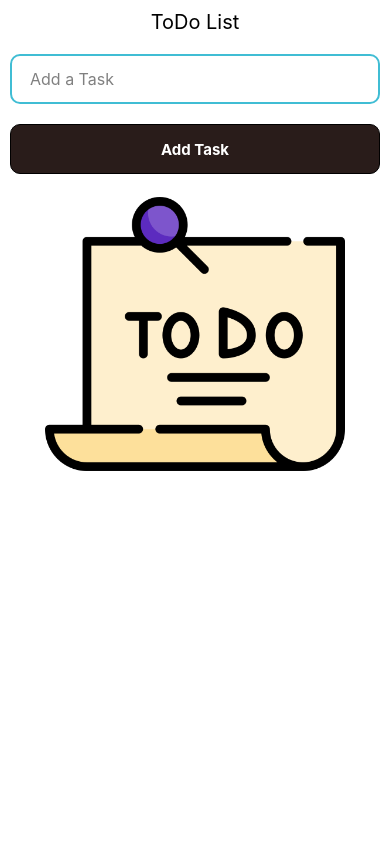
Repository: raisingh22/Projects
Screen: /
These files come from the project's save history. The screen is drawn as it stood at one moment and after the next save; the edit follows.
The app was drawn by React Native's web renderer in a window 390 px wide. The project was rebuilt for these pictures with package versions that can differ from the ones it lists, and the page was loaded fresh each time.

Above is the screen before, as saved 2024-01-22 14:04:39.

### App.js
import { View, Text, SafeAreaView } from 'react-native'
import React from 'react'
import ToDo from './src/ToDoList/screens/ToDo'

const App = () => {
  return (
   <SafeAreaView style={{
    flex:1
   }}>
     <ToDo/>
   </SafeAreaView>
  )
}

export default App

### src/ToDoList/screens/ToDo.js
import {StyleSheet, Text, TextInput, View} from 'react-native';
import React, {useState} from 'react';
import MyBtn from '../../components/MyBtn';
import MyFlatList from '../../components/MyFlatList';
import Icon from 'react-native-vector-icons/Ionicons';
import Icons from 'react-native-vector-icons/MaterialIcons';
import Fallback from '../../components/Fallback';

// import {IconButton} from 'react-native-paper';
const DummyData = [
  {
    id: '1',
    name: 'Wash Car',
  },
  {
    id: '2',
    name: 'Dusting',
  },
];
const ToDo = () => {
  const [toDo, setToDo] = useState('');
  const [data, setData] = useState([]);
  const [editTodo , setEditTodo] = useState(null);

  const handleAdd = () => {
    if(toDo === ''){
        return
    }
    setData([
      ...data,
      {
        id: Date.now(),
        title: toDo,
      },
    ]);
  };
  const handleEdit = toDo =>{

    setEditTodo(toDo)
    setToDo(toDo.title)

  }
  const handleUpdate = ()=>{
    const updateTodo = data.map((item)=>{
        if(item.id === editTodo.id) {
            return {...item, title: toDo}
        }
        return item

    })
    setData(updateTodo)
    setEditTodo(null)
    setToDo('')

  }
  const handleDeleteTodo = id => {
    const updateTodo = data.filter(toDo => toDo.id !== id);
    setData(updateTodo);
    console.log(data.length);
  };
  return (
    <View
      style={{
        margin: 10,
      }}>
      <Text style={{
        textAlign:'center',
        fontSize:20
      }}>ToDo List</Text>
      <View style={{
        flexDirection:'row'
      }}>
      <TextInput
        placeholder="Add a Task"
        placeholderTextColor={'grey'}
        style={styles.textInput}
        value={toDo}
        onChangeText={text => setToDo(text)}
      />
      </View>
       {
        editTodo ?
        <MyBtn
        text={'Edit Task'}
        onPress={() => handleUpdate()}
        btnStyle={{backgroundColor: '#291c1a'}}
        textStyle={{
          fontSize: 15,
          fontWeight: 'bold',
        }}
      /> :
      <MyBtn
        text={'Add Task'}
        onPress={() => handleAdd()}
        btnStyle={{backgroundColor: '#291c1a'}}
        textStyle={{
          fontSize: 15,
          fontWeight: 'bold',
        }}
      />
      }
      <MyFlatList
        data={data}
        renderItem={(item, index) => (
          <View
            style={{
              flexDirection: 'row',
              alignItems: 'center',
              padding: 15,
              borderWidth: 1,
              marginVertical: 5,
              borderRadius: 10,
              marginHorizontal: 10,
              backgroundColor: index % 2 === 0 ? '#d4a7a1' : '#1cd9cf',
              shadowColor:'#000',
              shadowOffset:{
                  width:0,
                  height:1
              },
              shadowOpacity:1,
              shadowRadius:4
            }}>
            <Text
              style={{
                fontWeight: '800',
                fontSize: 19,
                color: 'black',
                flex: 1,
              }}>
              {item.title}
            </Text>
            <Icon
              name="pencil"
              size={25}
              style={{
                marginHorizontal: 10,
              }}
              onPress={() => handleEdit(item)}
            />
            <Icons
              name="delete"
              size={25}
              onPress={() => handleDeleteTodo(item.id)}
            />
          </View>
        )}
      />
      {
        data.length <=0 && <Fallback/>
      }
    </View>
  );
};

export default ToDo;

const styles = StyleSheet.create({
  textInput: {
    width: '100%',
    height: 50,
    marginVertical: 20,
    borderWidth: 2,
    paddingVertical: 14,
    paddingHorizontal: 18,
    fontSize: 16,
    borderColor: '#40bdd4',
    borderRadius: 10,
    color: 'red',

  },
});

### src/components/MyBtn.js
import {StyleSheet, Text, TouchableOpacity, View} from 'react-native';
import React from 'react';

const MyBtn = ({text, onPress, btnStyle , textStyle}) => {
  return (
    <TouchableOpacity style={[styles.btn, btnStyle]} onPress={onPress}>
      <Text style={[styles.btnText, textStyle]} >{text}</Text>
    </TouchableOpacity>
  );
};

export default MyBtn;

const styles = StyleSheet.create({
  btn: {
    width: '100%',
    height: 50,
    backgroundColor: 'black',
    borderWidth: 1,
    borderRadius: 10,
    alignItems: 'center',
    justifyContent: 'center',
  },
  btnText: {
    color: 'white',
    // You can add more text styles here if needed
  },
});

### src/components/MyFlatList.js
import {FlatList, StyleSheet, Text, View} from 'react-native';
import React from 'react';

const MyFlatList = ({data, renderItem = (item, index) => {}, bounces}) => {
  return (
    <FlatList
      bounces={bounces}
      data={data}
      renderItem={({item, index}) => renderItem(item, index)}
      keyExtractor={item => item.id.toString()}
      style={styles.list}
    />
  );
};

export default MyFlatList;

const styles = StyleSheet.create({
  list: {
    marginVertical: 5,
    // flex: 1, // Example: Expand the FlatList to fill available space
    // backgroundColor: 'lightgray', // Example: Set background color
    // height:"50%"
  },
});

### src/components/Fallback.js
import {Image, StyleSheet, Text, View} from 'react-native';
import React from 'react';

const Fallback = () => {
  return (
    <View
      style={{
        alignItems: 'center',
      }}>
      <Image
        //  resizeMode="center"
        style={{
          height: 300,
          width: 300,
        }}
        source={require('../asstes/to-do-list.png')}
      />
    </View>
  );
};

export default Fallback;

const styles = StyleSheet.create({});

After the next save:
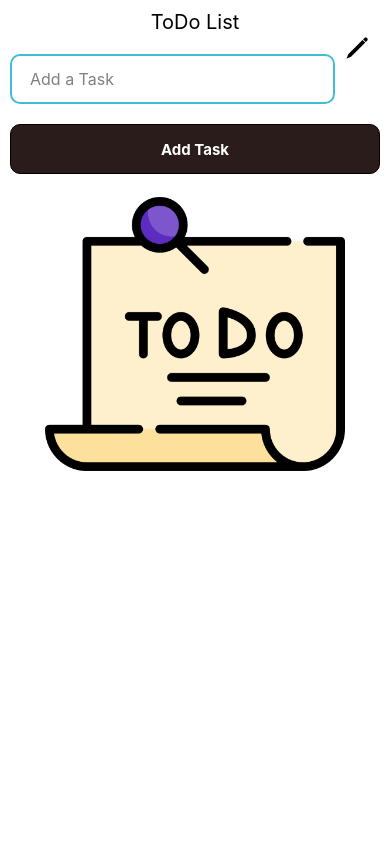
Saved 15 s later.
--- a/src/ToDoList/screens/ToDo.js
+++ b/src/ToDoList/screens/ToDo.js
@@ -77,6 +77,14 @@ const ToDo = () => {
         value={toDo}
         onChangeText={text => setToDo(text)}
       />
+       <Icon
+              name="pencil"
+              size={25}
+              style={{
+                marginHorizontal: 10,
+              }}
+              onPress={() => handleEdit(item)}
+            />
       </View>
        {
         editTodo ?
